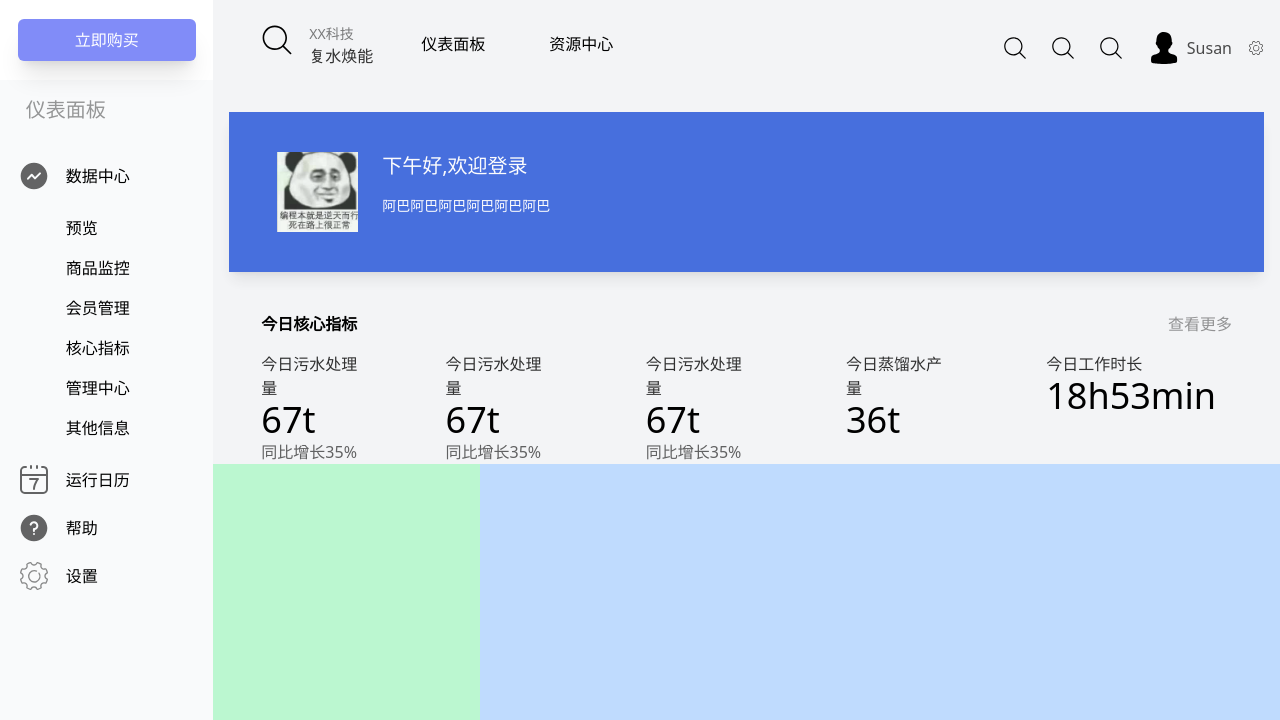
Repository: LiuRuohui/useWater
Page: /
An editor plug-in stored every save of this project. The page is shown before and after the next save, followed by the edit.
The browser window is 1280 px wide. The pictures show the whole page.
The project was rebuilt for these pictures with package versions that can differ from the ones it lists, and the page was loaded fresh each time. Also part of the build but not shown: vite.config.js.

Above is the page before, as saved 2022-04-06 23:32:48.

### src/App.vue
<script setup>
import HelloWorld1 from './components/HelloWorld.vue';
</script>

<template>
  <HelloWorld1></HelloWorld1>
</template>

<style>
</style>

### src/index.css
@tailwind base;
@tailwind components;
.inputFrame {
    @apply appearance-none rounded-none relative block w-full px-3 py-2 border border-gray-300 placeholder-gray-500 text-gray-900
}

.inputFrame:focus {
    @apply outline-none border-indigo-500 z-10 inline-block px-5 py-3 rounded-lg shadow-lg
}

.btn {
    @apply relative flex w-full justify-center py-2 border border-transparent font-medium rounded-md text-white bg-indigo-400
}

.btn:hover {
    @apply bg-indigo-500
}

.btn:focus {
    @apply outline-none ring-2 ring-offset-2 ring-indigo-400
}

@tailwind utilities;

### src/components/HelloWorld.vue
<script setup>

</script>

<template>
<div class="w-full h-screen flex flex-row select-none">
  <div class="w-1/5 h-screen justify-center items-center flex flex-col">
    <div class="w-full h-20 justify-center items-center flex">
        <div class="w-5/6">
            <button class="btn text-white justify-center items-center shadow-xl">立即购买</button>
        </div>
    </div>
    <div class="w-full flex flex-grow bg-gray-50 justify-center">
        <div class="w-5/6 pt-4 flex flex-col">
            <div class="h-8 text-xl opacity-40 pl-2">仪表面板</div>
            <div class="mt-4 flex flex-grow flex-col">
                <div class="flex flex-col py-2 hover:cursor-pointer">
                    <div class="flex flex-row py-2 hover:bg-blue-200 hover:cursor-pointer">
                      <img src="../assets/数据.svg" alt="" class="h-8 opacity-60">
                      <div class="pl-4 pt-1">数据中心</div>
                    </div>
                    <div class="mt-2 flex flex-col hover:cursor-pointer">
                        <div class="py-2 pl-12 hover:bg-blue-200">预览</div>
                        <div class="py-2 pl-12 hover:bg-blue-200">商品监控</div>
                        <div class="py-2 pl-12 hover:bg-blue-200">会员管理</div>
                        <div class="py-2 pl-12 hover:bg-blue-200">核心指标</div>
                        <div class="py-2 pl-12 hover:bg-blue-200">管理中心</div>
                        <div class="py-2 pl-12 hover:bg-blue-200">其他信息</div>
                    </div>
                </div>
                <div class="flex flex-row py-2 hover:bg-blue-200 hover:cursor-pointer">
                  <img src="../assets/日历.svg" alt="" class="h-8 opacity-60">
                  <div class="pl-4 pt-1">运行日历</div>
                </div>
                <div class="flex flex-row py-2 hover:bg-blue-200 hover:cursor-pointer">
                  <img src="../assets/帮助.svg" alt="" class="h-8 opacity-60">
                  <div class="pl-4 pt-1">帮助</div>
                </div>
                <div class="flex flex-row py-2 hover:bg-blue-200 hover:cursor-pointer">
                  <img src="../assets/设置.svg" alt="" class="h-8 opacity-60">
                  <div class="pl-4 pt-1">设置</div>
                </div>
            </div>
        </div>
    </div>
  </div>
  <div class="w-full flex flex-grow flex-col bg-gray-100">
      <div class="flex flex-row h-24">
          <img src="../assets/搜索.svg" alt="" class="h-8 mt-6 pl-12 hover:cursor-pointer">
          <div class="flex flex-col pt-6 px-4 hover:cursor-pointer">
              <div class="text-sm opacity-50">XX科技</div>
              <div class="text-md opacity-80">复水焕能</div>
          </div>
          <div class="text-base px-8 pt-8 hover:cursor-pointer">仪表面板</div>
          <div class="text-base px-8 pt-8 hover:cursor-pointer">资源中心</div>
          <div class="flex flex-grow flex-row-reverse">
              <img src="../assets/设置.svg" alt="" class="h-4 mt-10 mr-4 hover:cursor-pointer hover:bg-blue-100">
              <span class="my-9 mr-4 text-black text-base opacity-70 hover:cursor-pointer hover:bg-blue-100">Susan</span>
              <img src="../assets/用户.svg" alt="" class="h-8 mt-8 mr-2 hover:cursor-pointer hover:bg-blue-100">
              <img src="../assets/搜索.svg" alt="" class="h-6 mt-9 mr-6 hover:cursor-pointer hover:bg-blue-100">
              <img src="../assets/搜索.svg" alt="" class="h-6 mt-9 mr-6 hover:cursor-pointer hover:bg-blue-100">
              <img src="../assets/搜索.svg" alt="" class="h-6 mt-9 mr-6 hover:cursor-pointer hover:bg-blue-100">
          </div>
      </div>
      <div class="m-4 bg-blue-700 h-40 opacity-80 shadow-lg">
          <div class="flex flex-row h-24 my-8">
              <img src="../assets/测试图片.jpg" alt="" class="h-20 my-auto pl-12">
              <div class="flex flex-col pl-6 pt-2">
                  <div class="text-xl text-white">下午好,欢迎登录</div>
                  <div class="text-sm text-white pt-4">阿巴阿巴阿巴阿巴阿巴阿巴</div>
              </div>
          </div>
      </div>
      <div class="h-40 my-2 mx-4">
          <div class="flex flex-col pt-4 pl-8">
              <div class="flex flex-row">
                  <div class="font-black text-black">今日核心指标</div>
                  <div class="flex flex-grow flex-row-reverse opacity-40 pr-8">查看更多</div>
              </div>
              <div class="flex flex-grow flex-row mt-4">
                  <div class="flex flex-col pr-8">
                      <div class="opacity-80">今日污水处理量</div>
                      <div class="text-4xl">67t</div>
                      <div class="opacity-60">同比增长35%</div>
                  </div>
                  <div class="flex flex-col px-12">
                      <div class="opacity-80">今日污水处理量</div>
                      <div class="text-4xl">67t</div>
                      <div class="opacity-60">同比增长35%</div>
                  </div>
                  <div class="flex flex-col px-12">
                      <div class="opacity-80">今日污水处理量</div>
                      <div class="text-4xl">67t</div>
                      <div class="opacity-60">同比增长35%</div>
                  </div>
                  <div class="flex flex-col px-12">
                      <div class="opacity-80">今日蒸馏水产量</div>
                      <div class="text-4xl">36t</div>
                  </div>
                  <div class="flex flex-col px-12">
                      <div class="opacity-80">今日工作时长</div>
                      <div class="text-4xl">18h53min</div>
                  </div>
              </div>
          </div>
      </div>
      <div class="flex flex-grow flex-row bg-blue-200">
          <div class="w-1/4 bg-green-200">

          </div>
      </div>
  </div>
</div>
</template>

<style scoped>

</style>

### tailwind.config.js
module.exports = {
    content: [
        "./index.html",
        "./src/**/*.{vue,js,ts,jsx,tsx}",
    ],
    theme: {
        extend: {},
    },
    variants: {
        backgroundColor: ['responsive', 'hover', 'focus', 'active']
    },
    plugins: [],
}

Loaded but not shown: index.html (common file); src/main.js (common file)

After the next save:
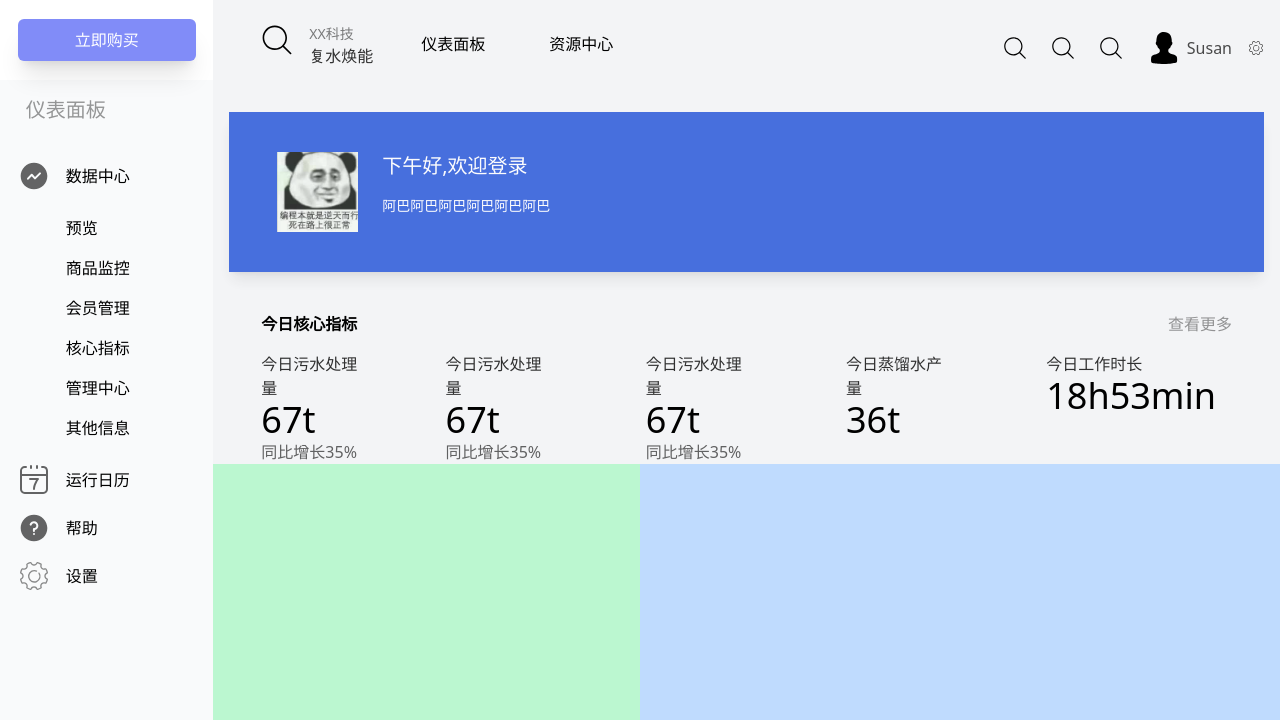
Saved 5 s later.
--- a/src/components/HelloWorld.vue
+++ b/src/components/HelloWorld.vue
@@ -105,7 +105,7 @@
           </div>
       </div>
       <div class="flex flex-grow flex-row bg-blue-200">
-          <div class="w-1/4 bg-green-200">
+          <div class="w-2/5 bg-green-200">
 
           </div>
       </div>
